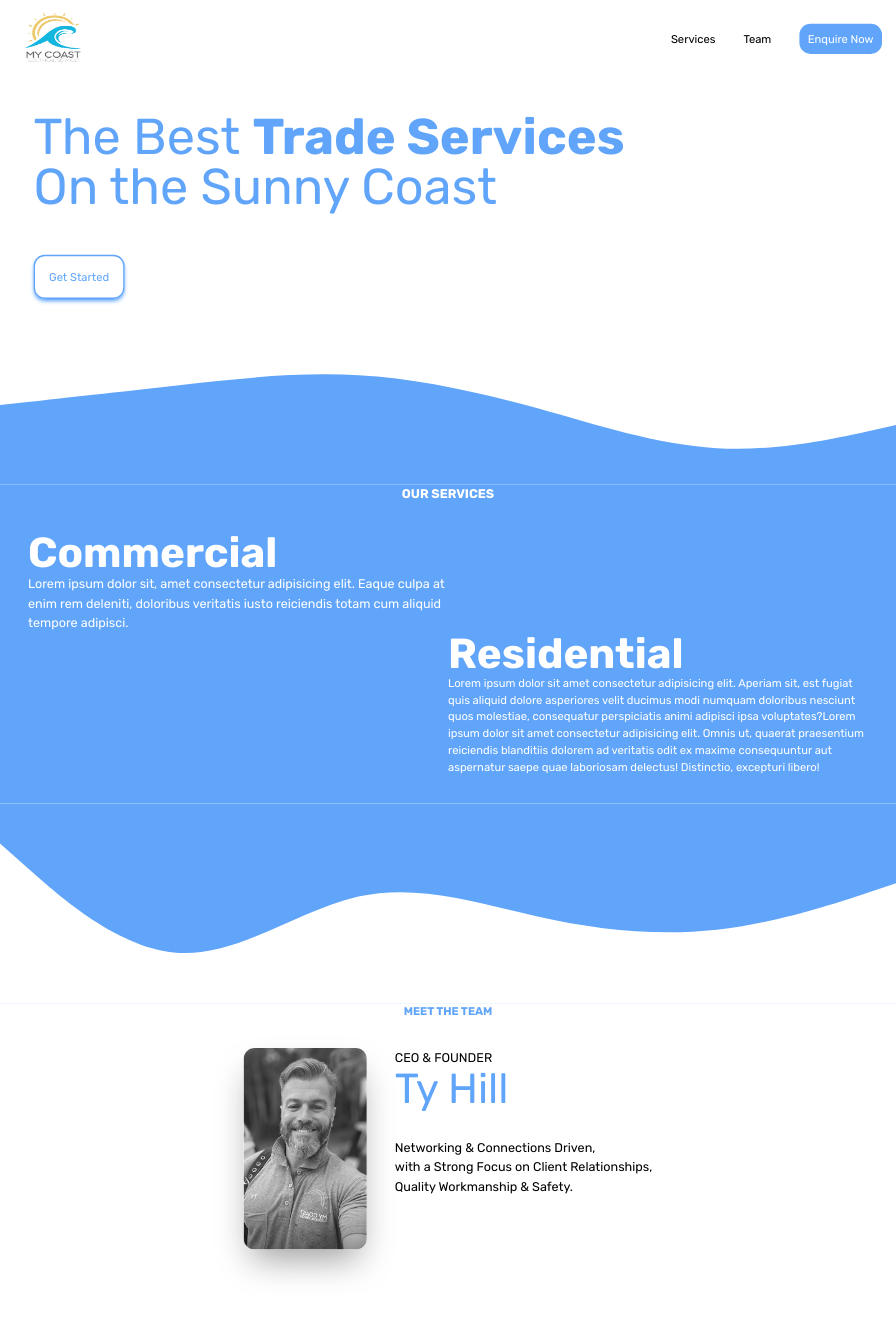
Repository: Jace-Kington/mce-website
Page: /
These files come from the project's save history. The page is drawn as it stood at one moment and after the next save; the edit follows.
The browser window is 1280 px wide. The pictures show the part of the page from y = 0 to 1920 px (the page is 2879 px tall before and 2951 px after), at 70% of full size.
The project was rebuilt for these pictures with package versions that can differ from the ones it lists, and the page was loaded fresh each time. The framework's server and built-in components were replaced by stand-ins that run in the browser. Also part of the build but not shown: next.config.js.

Above is the page before, as saved 2022-11-12 14:09:18.

After the next save:
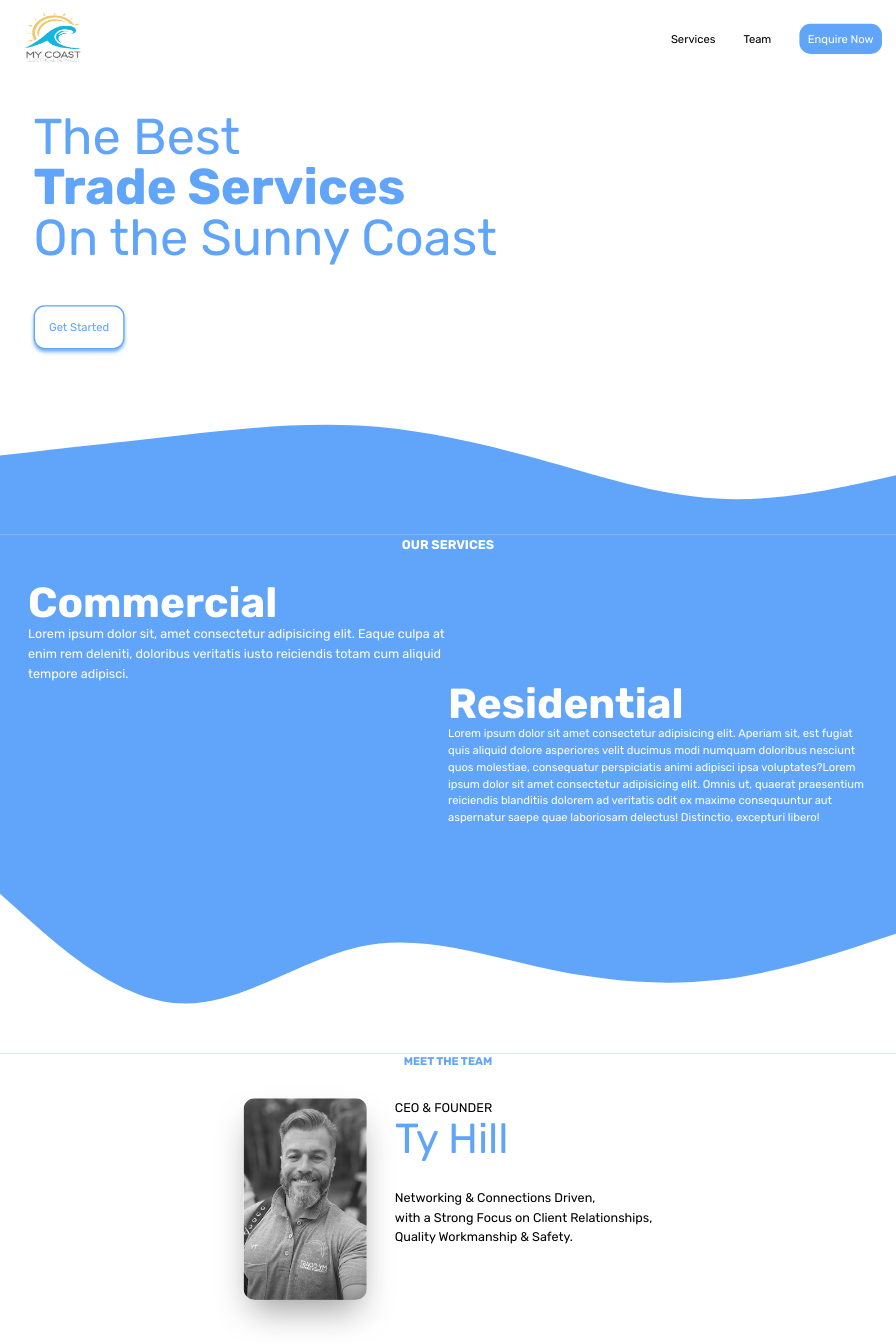
Saved 52 s later.
--- a/components/Navbar.jsx
+++ b/components/Navbar.jsx
@@ -35,8 +35,9 @@
 
       <div className='text-left text-blue-400 mt-12 ml-12'>
         <div className='text-7xl'>
-          The Best <strong>Trade Services</strong>
+          The Best
         </div>
+        <strong className='text-7xl'>Trade Services</strong>
         <div className='text-7xl'>
           On the Sunny Coast
         </div>

After the save that followed:
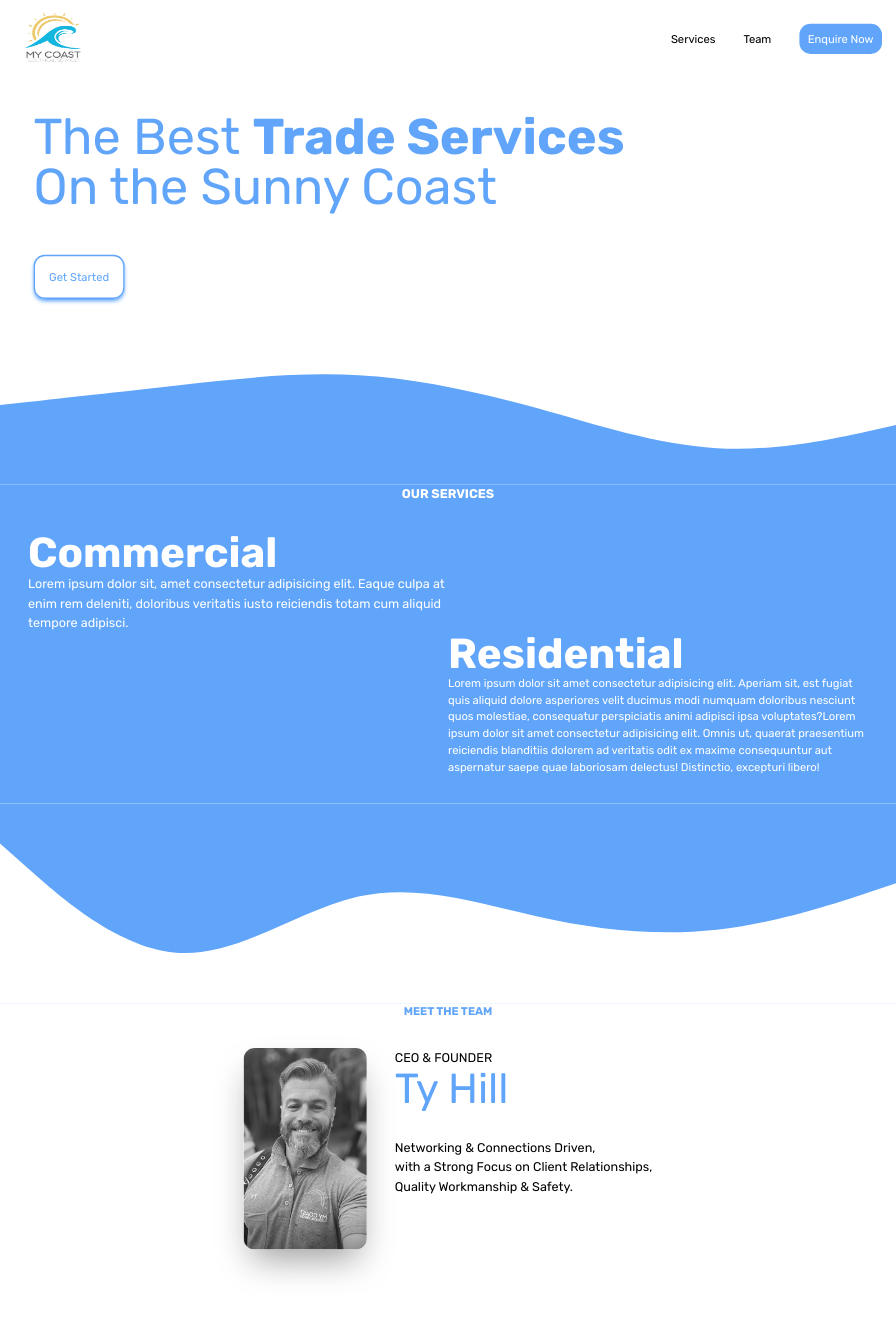
Saved 22 s later.
--- a/components/Navbar.jsx
+++ b/components/Navbar.jsx
@@ -35,9 +35,8 @@
 
       <div className='text-left text-blue-400 mt-12 ml-12'>
         <div className='text-7xl'>
-          The Best
+          The Best <strong>Trade Services</strong>
         </div>
-        <strong className='text-7xl'>Trade Services</strong>
         <div className='text-7xl'>
           On the Sunny Coast
         </div>
